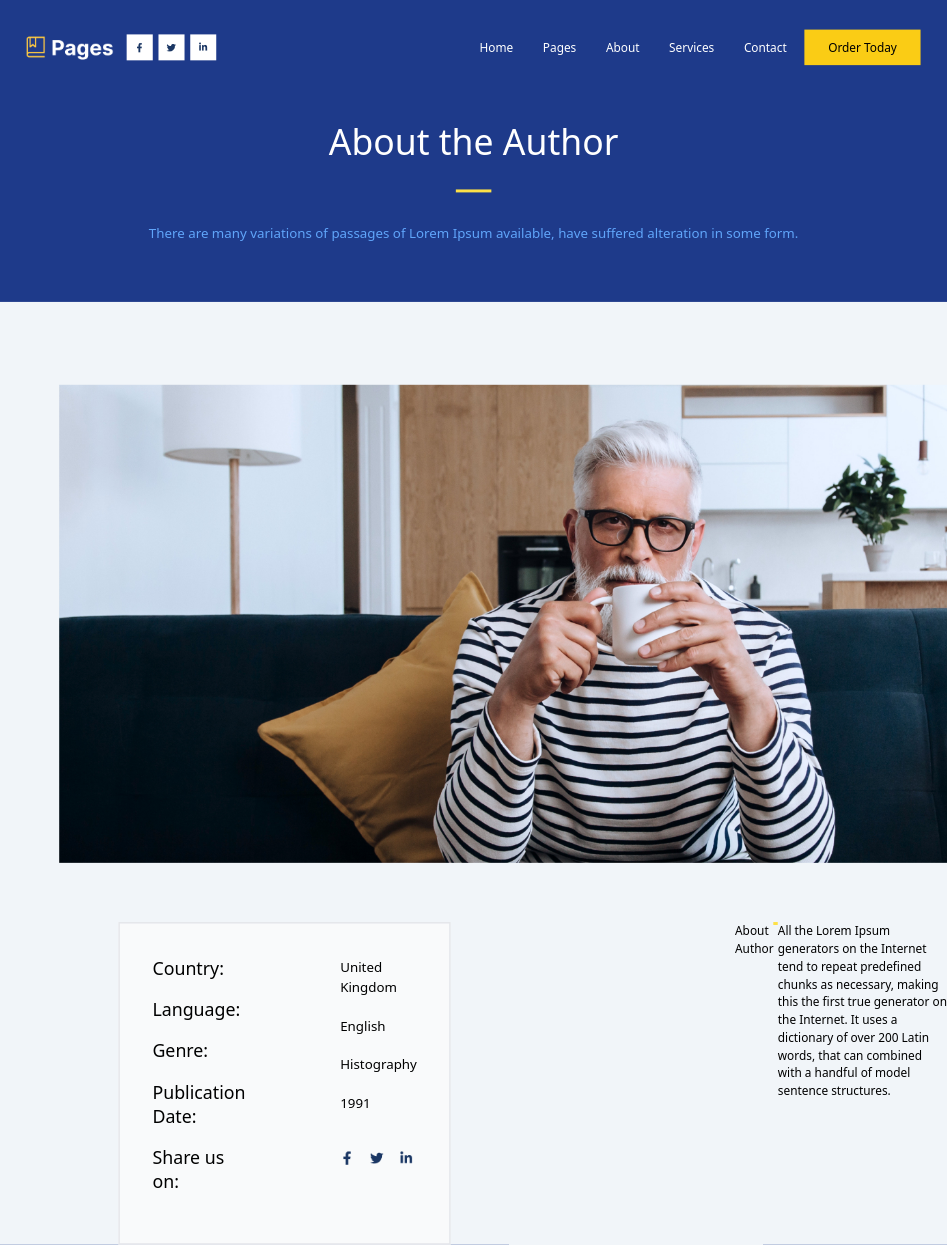
Repository: Godnorg/Class3
Page: index.html
These files come from the project's save history. The page is drawn as it stood at one moment and after the next save; the edit follows.
The browser window is 1280 px wide. The pictures show the whole page, at 74% of full size.
Some web libraries are served in a nearby version.

Above is the page before, as saved 2023-02-20 02:31:32.

After the next save:
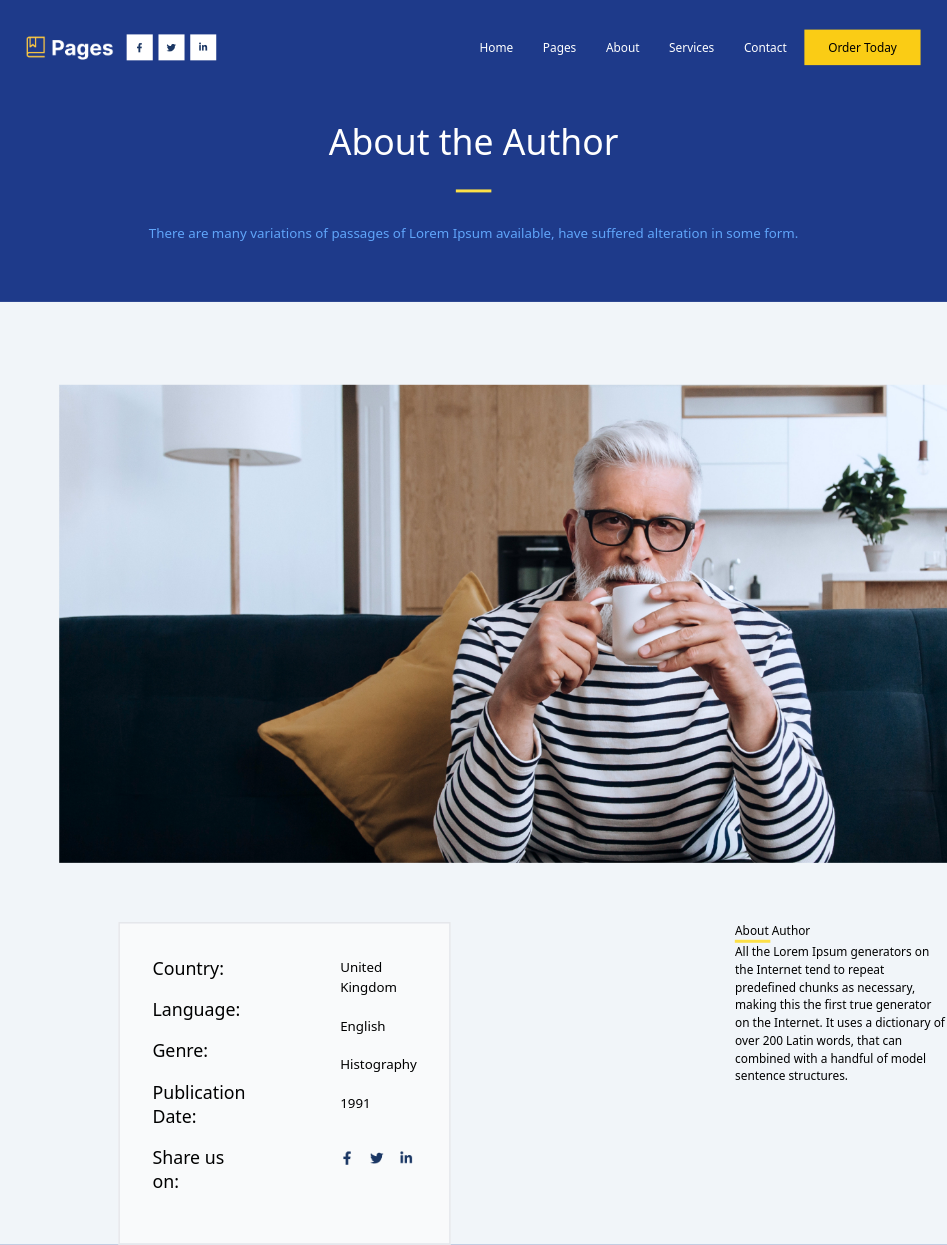
Saved 10 s later.
--- a/index.html
+++ b/index.html
@@ -55,7 +55,7 @@
                 </div>
             </div>
         </div>
-        <div class="flex">
+        <div class="fle">
           <h1>About Author</h1>
           <div class="w-12 h-1 bg-yellow-300"></div>
           <p>All the Lorem Ipsum generators on the Internet tend to repeat predefined chunks as necessary, making this the first true generator on the Internet. It uses a dictionary of over 200 Latin words, that can combined with a handful of model sentence structures.</p>
